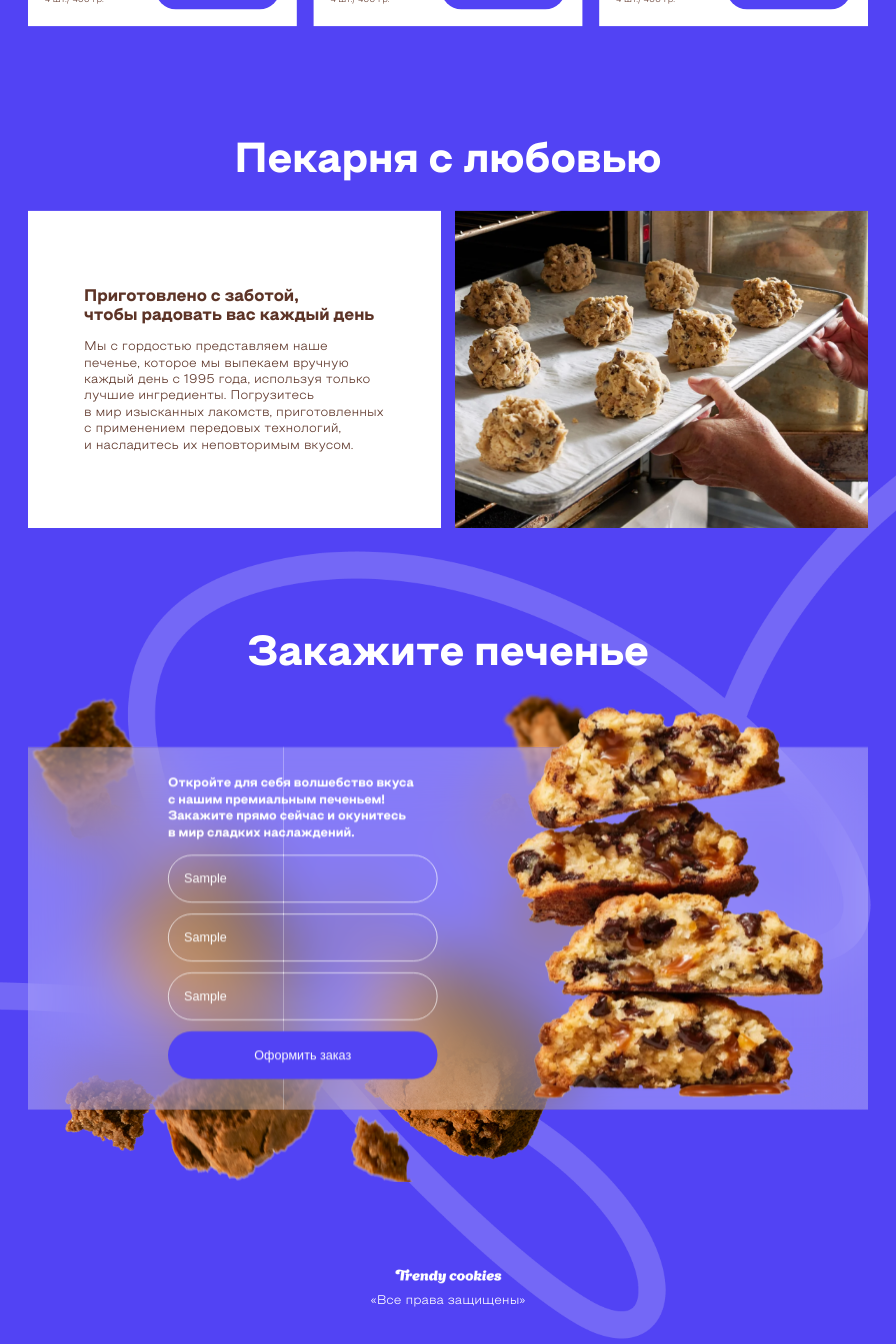
Repository: Albert24-Front-end/cookies-JS
Page: index.html
The author's editor kept a copy of each file at every save. The page is drawn from the files as they stood at one save, then again after a run of saves.
The browser window is 1280 px wide. The pictures show the part of the page from y = 3276 to 5196 px (the page is 5196 px tall), at 70% of full size.
Empty fields were first filled with sample values (such as "Sample", 5 or name@example.com).
After loading, the first visible `#order-action` was clicked once.

Above is the page before, as saved 2025-01-27 14:47:15.
Console error: ReferenceError: grey is not defined

### index.html
<!DOCTYPE html>
<html lang="en">
<head>
    <meta charset="UTF-8">
    <meta name="viewport" content="width=device-width, initial-scale=1.0">
    <link rel="icon" type="image/svg+xml" href="/images/cookies.png" />
    <link rel="stylesheet" href="./style.css">
    <title>Cookies</title>
</head>
<body>
    <div class="main">
        <div class="currency" title="Изменить валюту" id="change-currency">$</div>
    <header class="header">
        <div class="container">
            <div class="logo"><img src="./images/logo.png" alt="Logo"></div>
            <nav class="menu">
                <ul class="menu-list">
                    <li class="menu-item">
                        <a data-link="products">Каталог</a>
                    </li>
                    <li class="menu-item">
                        <a data-link="love-backery">О нас</a>
                    </li>
                    <li class="menu-item">
                        <a data-link="form_order">Оформление заказа</a>
                    </li>
                </ul>
            </nav>
        </div>
    </header>
    <section class="main-content">
        <div class="container">
            <img src="./images/line1.png" alt="line1" class="line1">
            <div class="main-info">
                <h1 class="main-title">Магия вкуса в каждой крошке</h1>
                <p class="main-text">Наши рецепты вдыхают жизнь в изысканность ингредиентов:
                    ароматное натуральное масло, свежие сливки, чистый мёд и отборная мука. Мы
                    тщательно отбираем каждый компонент премиального печенья, стремясь
                    подарить вам истинное кулинарное наслаждение.</p>
                    <div class="main-action">
                        <button class="button" id="">Заказать</button>
                    </div>
            </div>
            <img src="./images/cookie.png" alt="cookie" class="main-image">
        </div>
    </section>

    <section class="products">
        <div class="container">
            <img src="./images/line2.png" alt="line2" class="line2">
            <h2>Выберите печенье</h2>
            <div class="products-items">
                <div class="products-item">
                    <div class="image-wrapper"><img src="./images/1.png" alt="product1"></div>
                    <div class="products-item-details">
                        <h4>Лучшие друзья</h4>
                        <p>Печенье, с которого все началось!
                            Наше фирменное печенье с шоколадной крошкой
                            и грецкими орехами хрустящее снаружи с достаточно толстой и
                            липкой серединкой.</p>
                        <div class="products-item-extra">
                            <div class="products-item-info">
                                <div class="products-item-price" data-base-price="20">20 $</div>
                                <div class="products-item-weight">2 шт./ 200 гр.</div>
                            </div>
                            <button class="button violet">Заказать</button>
                        </div>
                    </div>
                </div>



                <div class="products-item">
                    <div class="image-wrapper"><img src="./images/2.png" alt="product2"></div>
                    <div class="products-item-details">
                        <h4>Шоколадный француз</h4>
                        <p>Это печенье, изготовленное из тёмного французского какао
                             и полусладкой шоколадной стружки, наверняка удовлетворит
                             даже самого заядлого любителя шоколада.</p>
                        <div class="products-item-extra">
                            <div class="products-item-info">
                                <div class="products-item-price"  data-base-price="24">24 $</div>
                                <div class="products-item-weight">2 шт./ 200 гр.</div>
                            </div>
                            <button class="button violet">Заказать</button>
                        </div>
                    </div>
                </div>



                <div class="products-item">
                    <div class="image-wrapper"><img src="./images/3.png" alt="product3"></div>
                    <div class="products-item-details">
                        <h4>Овсянка с изюмом, Сэр!</h4>
                        <p>Это сдобное маслянистое печенье весом шесть унций каждое,
                            золотисто-коричневое снаружи, влажное внутри и наполненное
                            пухлым сладким изюмом.</p>
                        <div class="products-item-extra">
                            <div class="products-item-info">
                                <div class="products-item-price"  data-base-price="18">18 $</div>
                                <div class="products-item-weight">2 шт./ 200 гр.</div>
                            </div>
                            <button class="button violet">Заказать</button>
                        </div>
                    </div>
                </div>



                <div class="products-item">
                    <div class="image-wrapper"><img src="./images/4.png" alt="product4"></div>
                    <div class="products-item-details">
                        <h4>Шоколадное наслаждение</h4>
                        <p>Идеально хрустящее снаружи и достаточно густое и липкое
                            в центре, это печенье наполнено полусладкой и тёмной шоколадной
                            стружкой, придающей богатую глубину вкуса.</p>
                        <div class="products-item-extra">
                            <div class="products-item-info">
                                <div class="products-item-price"  data-base-price="24">24 $</div>
                                <div class="products-item-weight">2 шт./ 200 гр.</div>
                            </div>
                            <button class="button violet">Заказать</button>
                        </div>
                    </div>
                </div>



                <div class="products-item">
                    <div class="image-wrapper"><img src="./images/5.png" alt="product5"></div>
                    <div class="products-item-details">
                        <h4>Арахисовый рай</h4>
                        <p>Сладкое, пикантное и идеально сбалансированное печенье
                            удовлетворяет тягу любителей арахисового масла и шоколада.</p>
                        <div class="products-item-extra">
                            <div class="products-item-info">
                                <div class="products-item-price"  data-base-price="20">20 $</div>
                                <div class="products-item-weight">2 шт./ 200 гр.</div>
                            </div>
                            <button class="button violet">Заказать</button>
                        </div>
                    </div>
                </div>



                <div class="products-item">
                    <div class="image-wrapper"><img src="./images/6.png" alt="product6"></div>
                    <div class="products-item-details">
                        <h4>Шоколадный ореховый деликатес</h4>
                        <p>Наша фирменная рецептура печенья с шоколадными крошками
                             и грецкими орехами гарантирует незабываемый вкусовой опыт.
                             Каждое печенье хрустит снаружи, но раскрывает внутри нежную сердцевину.</p>
                        <div class="products-item-extra">
                            <div class="products-item-info">
                                <div class="products-item-price"  data-base-price="18">18 $</div>
                                <div class="products-item-weight">2 шт./ 200 гр.</div>
                            </div>
                            <button class="button violet">Заказать</button>
                        </div>
                    </div>
                </div>

                <div class="products-item">
                    <div class="image-wrapper"><img src="./images/7.png" alt="product7"></div>
                    <div class="products-item-details">
                        <h4>Ассорти фирменного печенья</h4>
                        <p>Зачем выбирать один, когда можно получить их все? Наш классический
                            ассортимент печенья включает в себя по одному из четырёх оригинальных
                            вкусов печенья.</p>
                        <div class="products-item-extra">
                            <div class="products-item-info">
                                <div class="products-item-price"  data-base-price="36">36 $</div>
                                <div class="products-item-weight">4 шт./ 400 гр.</div>
                            </div>
                            <button class="button violet">Заказать</button>
                        </div>
                    </div>
                </div>

                <div class="products-item">
                    <div class="image-wrapper"><img src="./images/8.png" alt="product8"></div>
                    <div class="products-item-details">
                        <h4>Лимонное печенье</h4>
                        <p>Весна уже не за горами, но нам не терпелось подарить вам немного солнечного
                            света: наше первое лимонное печенье. Это лакомство жевательное, лимонное,
                            не слишком сладкое и даже немного… освежающее?</p>
                        <div class="products-item-extra">
                            <div class="products-item-info">
                                <div class="products-item-price"  data-base-price="33">33 $</div>
                                <div class="products-item-weight">4 шт./ 400 гр.</div>
                            </div>
                            <button class="button violet">Заказать</button>
                        </div>
                    </div>
                </div>

                <div class="products-item">
                    <div class="image-wrapper"><img src="./images/9.png" alt="product9"></div>
                    <div class="products-item-details">
                        <h4>Любители шоколада</h4>
                        <p>Вам больше не нужно выбирать фаворитов. Мы сделали этот набор для
                            всех людей, которые действительно любят шоколад…</p>
                        <div class="products-item-extra">
                            <div class="products-item-info">
                                <div class="products-item-price"  data-base-price="38">38 $</div>
                                <div class="products-item-weight">4 шт./ 400 гр..</div>
                            </div>
                            <button class="button violet">Заказать</button>
                        </div>
                    </div>
                </div>

                <div class="products-item">
                    <div class="image-wrapper"><img src="./images/10.png" alt="product10"></div>
                    <div class="products-item-details">
                        <h4>Карамель и кокос</h4>
                        <p>Побалуйте себя кокосовым, маслянистым, карамельным печеньем, которое
                            обладает невиданным ранее вкусом и текстурой. Наслаждение круглый год.</p>
                        <div class="products-item-extra">
                            <div class="products-item-info">
                                <div class="products-item-price"  data-base-price="33">33 $</div>
                                <div class="products-item-weight">4 шт./ 400 гр.</div>
                            </div>
                            <button class="button violet">Заказать</button>
                        </div>
                    </div>
                </div>

                <div class="products-item">
                    <div class="image-wrapper"><img src="./images/11.png" alt="product11"></div>
                    <div class="products-item-details">
                        <h4>Веганское с шоколадной крошкой</h4>
                        <p>Наше веганское безглютеновое печенье содержит кусочки хрустящих грецких
                            орехов и полусладкую веганскую шоколадную стружку.</p>
                        <div class="products-item-extra">
                            <div class="products-item-info">
                                <div class="products-item-price"  data-base-price="39">39 $</div>
                                <div class="products-item-weight">4 шт./ 400 гр.</div>
                            </div>
                            <button class="button violet">Заказать</button>
                        </div>
                    </div>
                </div>

                <div class="products-item">
                    <div class="image-wrapper"><img src="./images/12.png" alt="product12"></div>
                    <div class="products-item-details">
                        <h4>Крем-брюле ореховое печенье</h4>
                        <p>Используя уникальную смесь ингредиентов, мы создали печенье с кусочками
                            крем-брюле и миндальными орехами, которое обещает неповторимые
                            гастрономические ощущения. Каждый кусочек обладает хрустящей корочкой и
                            тает во рту.</p>
                        <div class="products-item-extra">
                            <div class="products-item-info">
                                <div class="products-item-price"  data-base-price="35">35 $</div>
                                <div class="products-item-weight">4 шт./ 400 гр.</div>
                            </div>
                            <button class="button violet">Заказать</button>
                        </div>
                    </div>
                </div>
            </div>
        </div>
    </section>

    <section class="love-backery">
        <div class="container">
            <h2>Пекарня с любовью</h2>
            <div class="love-items">
                <div class="love-item info">
                    <h3>Приготовлено с заботой, чтобы радовать вас каждый день</h3>
                    <p>Мы с гордостью представляем наше печенье, которое мы выпекаем
                        вручную каждый день с 1995 года, используя только лучшие ингредиенты.
                        Погрузитесь в мир изысканных лакомств, приготовленных с применением
                        передовых технологий, и насладитесь их неповторимым вкусом.</p>
                </div>
                <div class="love-item image"><img src="./images/love.png" alt="Love-backery"></div>
            </div>
        </div>
    </section>

    <section class="form_order">
        <img src="./images/line3.png" alt="line3" class="line3">
        <div class="container">
            <h2>Закажите печенье</h2>
            <img src="./images/breadcrumbs.png" alt="breadcrumbs" class="background-breadcrumbs">
            <form class="order-block">
                <div class="order-form">
                    <p>Откройте для себя волшебство вкуса с нашим премиальным печеньем!
                        Закажите прямо сейчас и окунитесь в мир сладких наслаждений. </p>
                        <div class="order-form-inputs">
                            <input type="text" placeholder="Выберите печенье" id="product">
                            <input type="text" placeholder="Ваше имя" id="name">
                            <input type="text" placeholder="Ваш телефон" id="phone">
                            <button type="button" class="button violet" id="order-action">Оформить заказ</button>
                            <!-- type="button" прописан для кнопки, чтобы избежать перевода пользователя к
                             началу сайта и дать возможность активировать JS-код -->
                        </div>
                </div>
                <div class="order-image"><img src="./images/order.png" alt="Cookies"></div>
            </form>
        </div>
    </section>

    <footer>
        <div class="logo"><img src="./images/logo.png" alt="Logo"></div>
        <p>«Все права защищены»</p>
    </footer>
</div>
<script src="./script.js"></script>
</body>
</html>

### script.js
// Активация всех кнопок
document.getElementsByClassName('button')[0].onclick = function () {
    document.getElementsByClassName('products')[0].scrollIntoView({behavior: "smooth"});
}
const links = document.querySelectorAll('.menu-item > a');
for (let i = 0; i < links.length; i++) {
    links[i].onclick = function () {
        document.getElementsByClassName(links[i].getAttribute('data-link'))[0].scrollIntoView({behavior: "smooth"});
    }
}
const buttons = document.querySelectorAll('.products-item .button');
for (let i = 0; i <buttons.length; i++) {
    buttons[i].onclick = function () {
        document.getElementsByClassName('form_order')[0].scrollIntoView({behavior: "smooth"});
    }
}
// Подключение смены валюты
const prices = document.getElementsByClassName('products-item-price');
document.getElementById('change-currency').addEventListener('click', change_currency)
function change_currency(e) {
    const currentCurrency  = e.target.innerText;
    let newCurrency = "$";
    let coefficient = 1;

    if (currentCurrency === "$") {
        newCurrency = "₽"; // российский рубль
        coefficient = 90;
    }
    else if (currentCurrency === "₽") {
        newCurrency = "UZS";
        coefficient = 12600; // узбекский сум
    }
    else if (currentCurrency === "UZS") {
        newCurrency = "€"; // евро
        coefficient = 0.9;
    } else if (currentCurrency === "€") {
        newCurrency = "CN¥"; // китайский юань
        coefficient = 7.3; // актуальный курс
    }
    else if (currentCurrency === "CN¥") {
        newCurrency = "£"; // британский фунт стерлингов
        coefficient = 0.78;
    }
    else if (currentCurrency === "£") {
        newCurrency = "DH"; // дирхам ОАЭ
        coefficient = 3.67;
    }
    e.target.innerText = newCurrency;
     for (let i = 0; i < prices.length; i++) {
        prices[i].innerText = +(prices[i].getAttribute('data-base-price') * coefficient).toFixed(1) + " " + newCurrency
     }
}
// Валидация запроса
const productField = document.getElementById('product');
const nameField = document.getElementById('name');
const phoneField = document.getElementById('phone');

document.getElementById('order-action').addEventListener('click', ()=>{
    const fields = [productField, nameField, phoneField];
    let hasEmptyFields = false;
    let phoneError = false;
    fields.forEach((field) => {
        if (field.value.trim() === "") {
            field.style.borderColor = "red";
            hasEmptyFields = true;
        }
        else {field.style.borderColor = grey;}
    });

    if (hasEmptyFields) {
        alert("Заполните, пожалуйста, все поля");
        return;
    }

    if(phoneField.value.trim().length < 10) {
        phoneField.style.borderColor = "red";
        phoneError = true;
        alert("В номере телефона должно быть минимум 10 символов");
        return;
    }

    alert("Спасибо за заказ! Мы скоро свяжемся с Вами!")
    fields.forEach((field) => {field.value = ""})
})

Loaded but not shown: style.css (488 lines, source omitted)

After the next 2 saves:
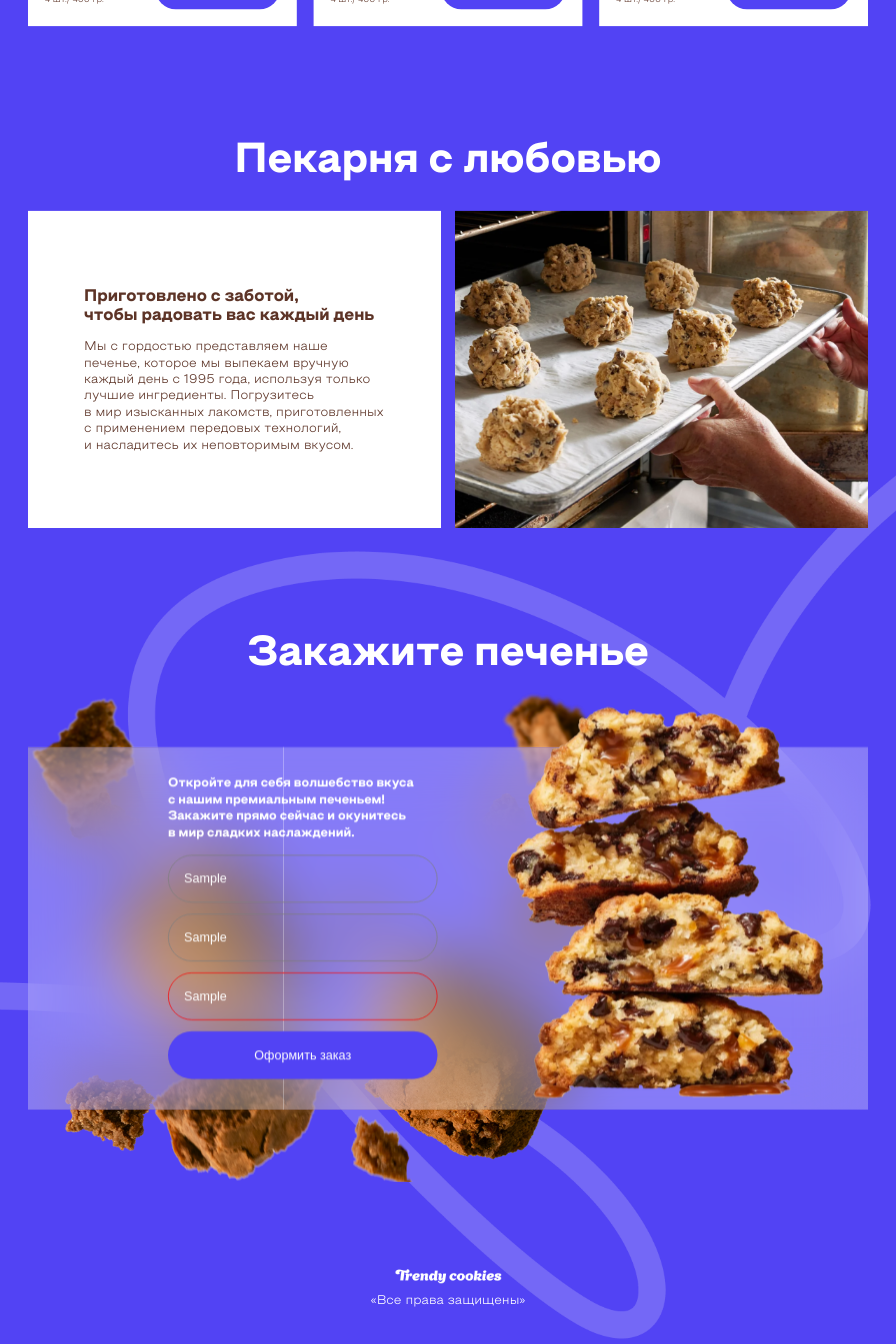
The error is gone.
The 2 saves are shown as one change because they came seconds apart.
The last was saved 34 s later.
--- a/script.js
+++ b/script.js
@@ -64,7 +64,7 @@ document.getElementById('order-action').addEventListener('click', ()=>{
             field.style.borderColor = "red";
             hasEmptyFields = true;
         }
-        else {field.style.borderColor = grey;}
+        else {field.style.borderColor = "gray";}
     });
 
     if (hasEmptyFields) {
